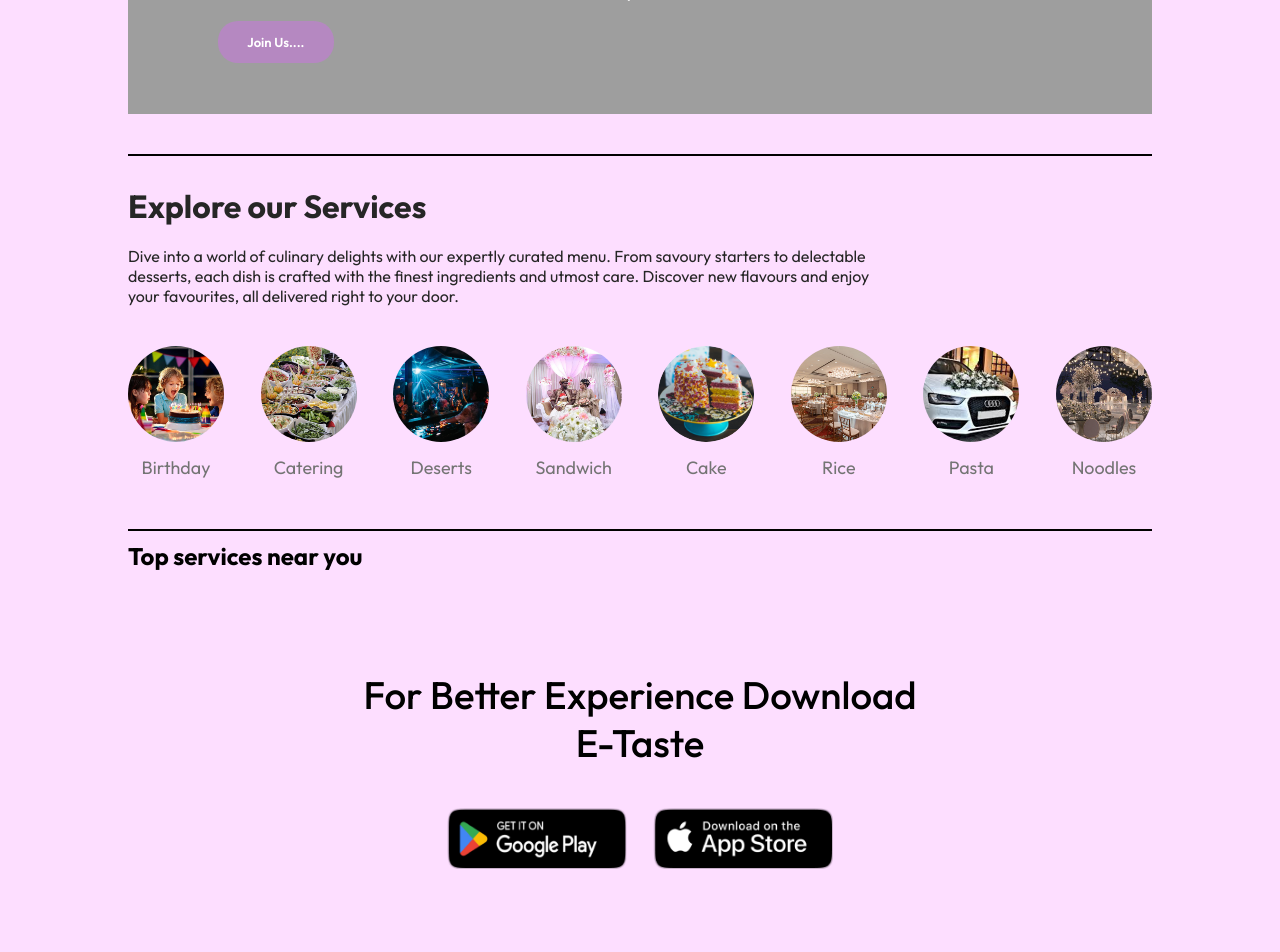
Repository: Abhiranda/Ceyloccation.lk
Page: / (app in frontend/)
An editor plug-in stored every save of this project. The page is shown before and after the next save, followed by the edit.
The browser window is 1280 px wide. The pictures show the part of the page from y = 510 to 1462 px (the page is 1859 px tall before and 1839 px after).
Pictures or frames that could not be fetched are drawn as grey boxes. The page's requests for data from a server got no answer. The project was rebuilt for these pictures with package versions that can differ from the ones it lists, and the page was loaded fresh each time. No one was signed in, and anything a server would have sent is missing. Also part of the build but not shown: frontend/vite.config.js, frontend/src/pages/PlaceOrder/PlaceOrder.css, frontend/src/pages/PlaceOrder/PlaceOrder.jsx, frontend/src/components/ServiceDisplay/ServiceDisplay.css, frontend/src/components/ServiceItem/ServiceItem.css, frontend/src/components/ServiceItem/ServiceItem.jsx, frontend/src/pages/Cart/Cart.css, frontend/src/pages/Cart/Cart.jsx and 6 more.

Above is the page before, as saved 2024-06-07 13:55:45.

After the next save:
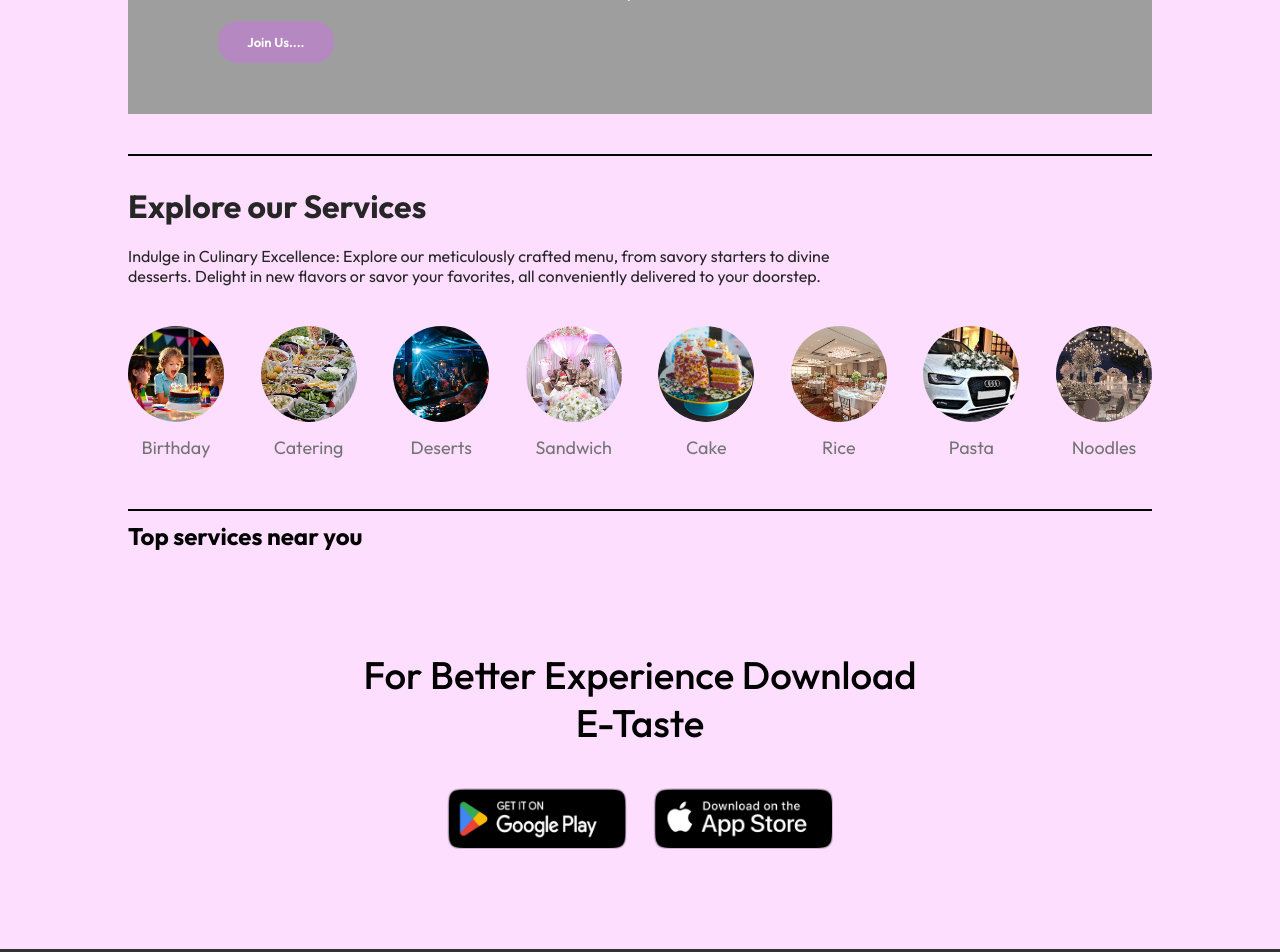
Saved 67 s later.
--- a/frontend/src/components/ExploreMenu/ExploreMenu.jsx
+++ b/frontend/src/components/ExploreMenu/ExploreMenu.jsx
@@ -7,7 +7,7 @@
     <div className='explore-menu' id='explore-menu'>
       <hr/>
         <h1>Explore our Services</h1>
-        <p className='explore-menu-text'>Dive into a world of culinary delights with our expertly curated menu. From savoury starters to delectable desserts, each dish is crafted with the finest ingredients and utmost care. Discover new flavours and enjoy your favourites, all delivered right to your door.</p>
+        <p className='explore-menu-text'>Indulge in Culinary Excellence: Explore our meticulously crafted menu, from savory starters to divine desserts. Delight in new flavors or savor your favorites, all conveniently delivered to your doorstep.</p>
         <div className='explore-menu-list'>
             {menu_list.map((item,index)=>{
                 return(
